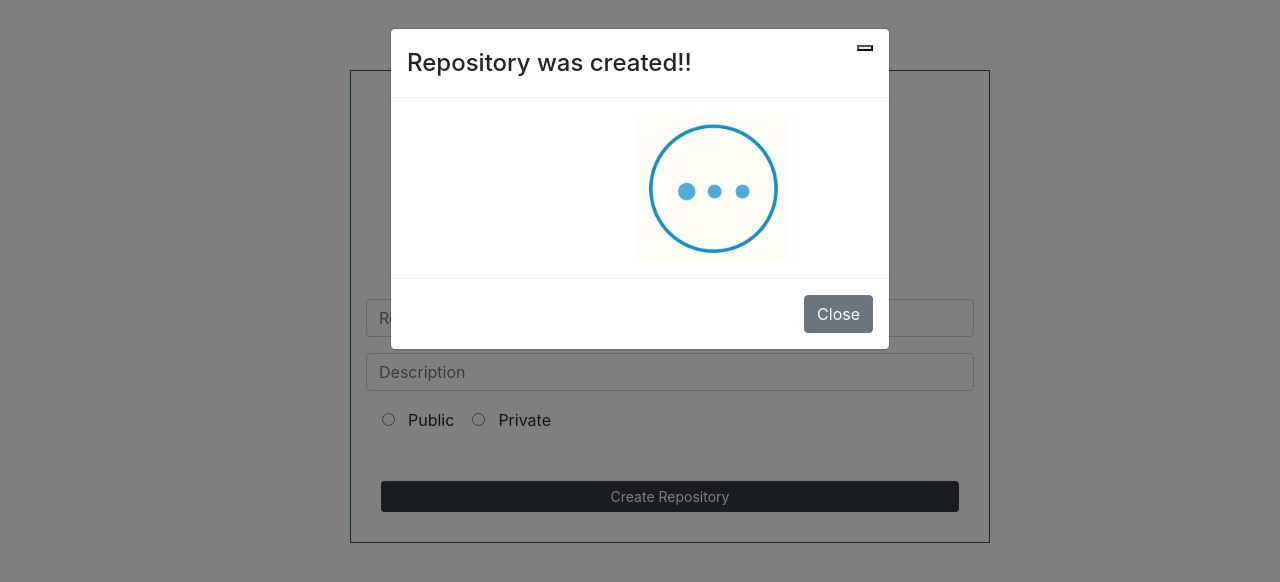
Repository: rashmikagamage/OAuth-Implementation
Page: /auth/github/callback (app in frontend/), after clicking the first element matching `button.btn`
These files come from the project's save history. The page is drawn as it stood at one moment and after the next save; the edit follows.
The browser window is 1280 px wide. The pictures show the whole page.
The page's requests for data from a server got no answer. Some web libraries are served in a nearby version. The project was rebuilt for these pictures with package versions that can differ from the ones it lists, and the page was loaded fresh each time. No one was signed in, and anything a server would have sent is missing. Also part of the build but not shown: frontend/src/css/twitter.css, frontend/src/components/login.js, frontend/src/components/twitter-home.js, frontend/src/components/login-git.js, frontend/src/App.css.

Above is the page before, as saved 2021-10-01 10:39:29.

After the next save:
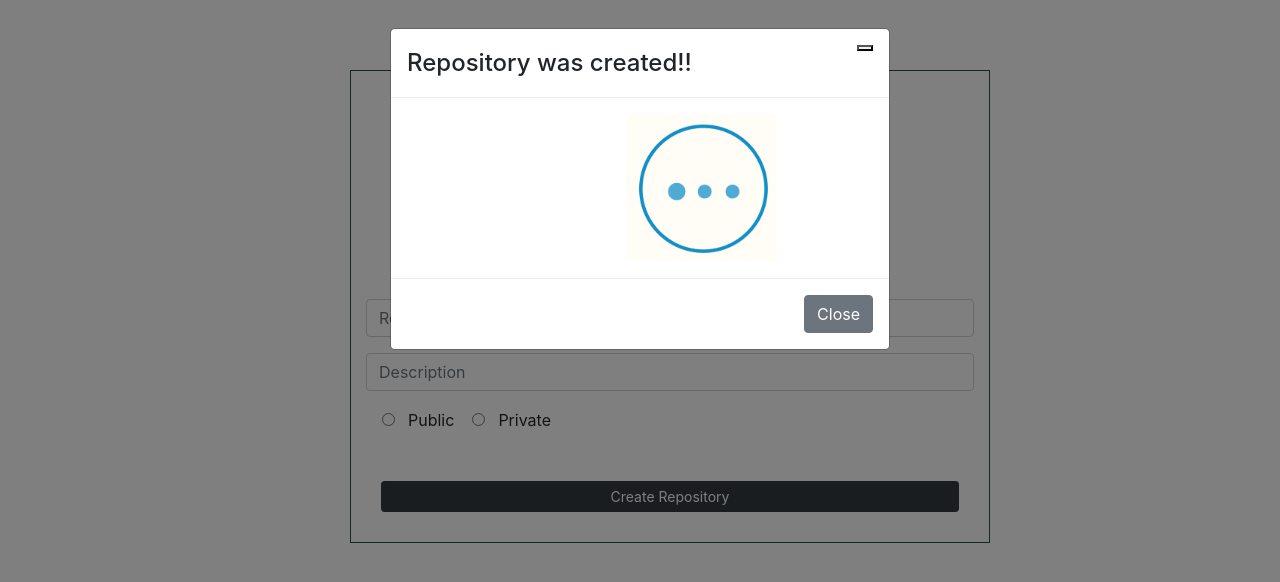
Saved 11 s later.
--- a/frontend/src/css/git.css
+++ b/frontend/src/css/git.css
@@ -13,6 +13,6 @@
 
 .modalimg{
 
-  margin-left: 10px;
+  margin-right: 10px;
 
 }
